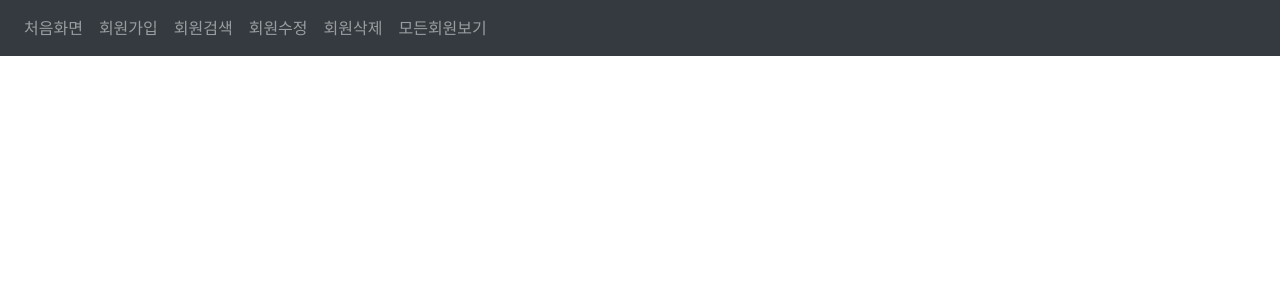
Repository: simjiho/second-crud-project
Page: http://localhost/test/view/memberSearch.jsp
An editor plug-in stored every save of this project. The page is shown before and after the next save, followed by the edit.
The browser window is 1280 px wide. The pictures show the whole page.
Some web libraries are served in a nearby version. The page is served by Tomcat 9. Other server files are loaded and not shown.

Above is the page before, as saved 2024-03-24 05:38:24.

### test/src/main/webapp/view/memberSearch.jsp
<%@ page language="java" contentType="text/html; charset=UTF-8"
    pageEncoding="UTF-8"%>
<%@ taglib prefix="c" uri="http://java.sun.com/jsp/jstl/core" %>

<jsp:include page="../menu.jsp"/>

<c:if test="${!empty error}">
<div class="alert alert-warning alert-dismissible">
	<button type="button" class="close" data-dismiss="alert">&times;</button>
	<Strong>Warning!</Strong>${error}
</div>
</c:if>
<div class="container"></div>

</body>
</html>

### test/src/main/webapp/menu.jsp
<%@ page language="java" contentType="text/html; charset=UTF-8"
    pageEncoding="UTF-8"%>
<!DOCTYPE html>
<link rel="stylesheet"
href="https://maxcdn.bootstrapcdn.com/bootstrap/4.2.1/css/bootstrap.min.css">
<script src="https://ajax.googleapis.com/ajax/libs/jquery/3.3.1/jquery.min.js"></script>
<script
src="https://maxcdn.bootstrapcdn.com/bootstrap/4.2.1/js/bootstrap.min.js"></script>
</head>
<body>
	<nav class="navbar navbar-expand-sm bg-dark navbar-dark"
style="margin-bottom:30px">
		<ul class="navbar-nav">
			<li class="nav-item"><a class="nav-link"
				href="/index.jsp">처음화면</a></li>
			<li class="nav-item"><a class="nav-link"
				href="/view/memberInsert.jsp">회원가입</a></li>
			<li class="nav-item"><a class="nav-link"
				href="/view/memberSearch.jsp">회원검색</a></li>
			<li class="nav-item"><a class="nav-link"
				href="/view/memberUpdate.jsp">회원수정</a></li>
			<li class="nav-item"><a class="nav-link"
				href="/view/memberDelete.jsp">회원삭제</a></li>
			<li class="nav-item"><a class="nav-link"
		href="/memberList.do">모든회원보기</a></li>
		</ul>
	</nav>
</body>
</html>

After the next save:
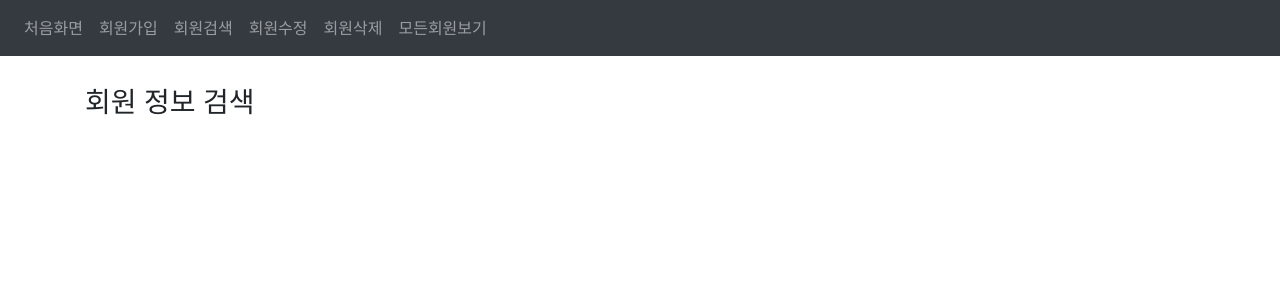
Saved 18 s later.
--- a/test/src/main/webapp/view/memberSearch.jsp
+++ b/test/src/main/webapp/view/memberSearch.jsp
@@ -10,7 +10,9 @@
 	<Strong>Warning!</Strong>${error}
 </div>
 </c:if>
-<div class="container"></div>
+<div class="container">
+<h3>회원 정보 검색</h3>
+</div>
 
 </body>
 </html>
